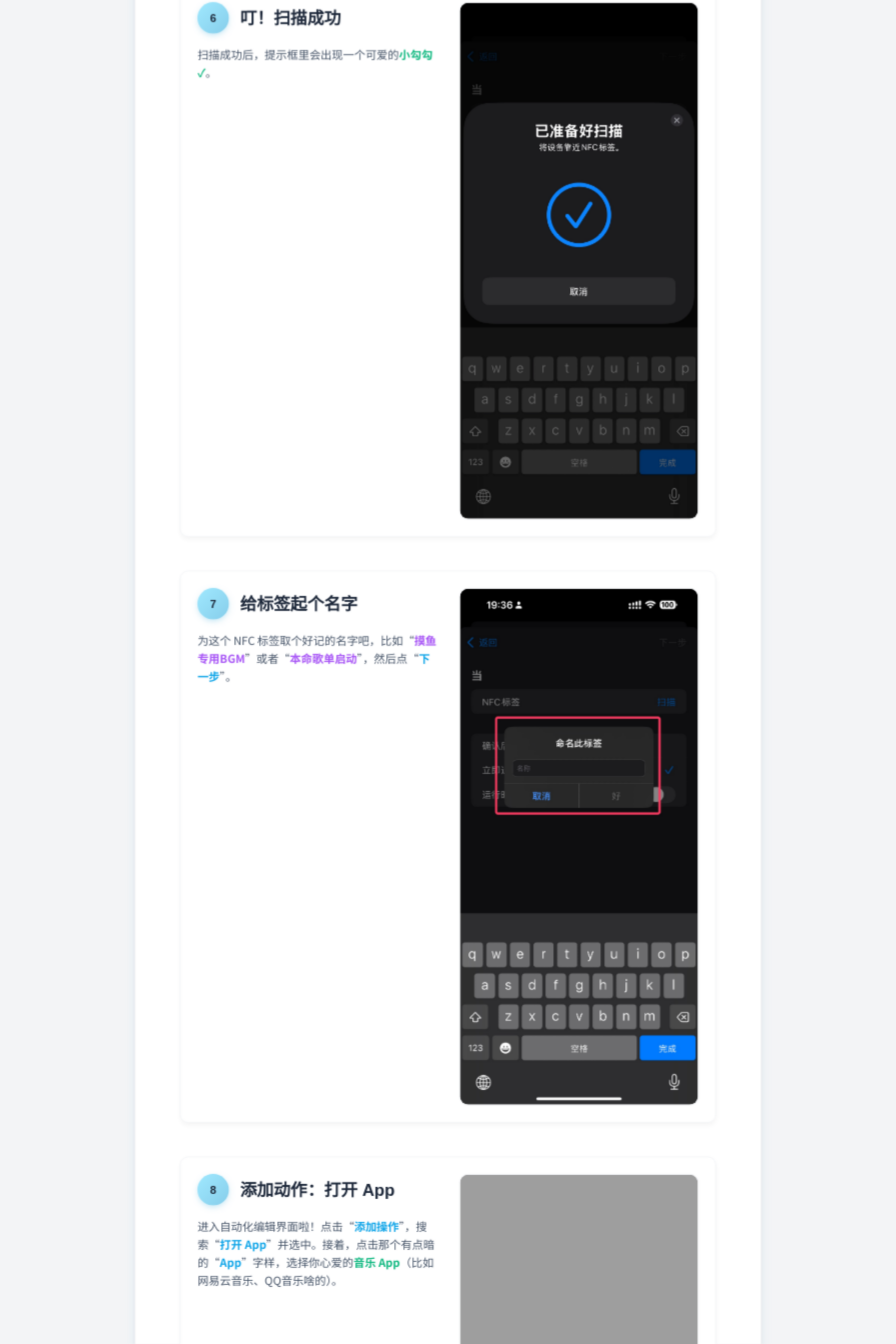
Repository: jememouse/nfc-music-card
Page: 苹果-NFC音乐小卡.html
These files come from the project's save history. The page is drawn as it stood at one moment and after the next save; the edit follows.
The browser window is 1280 px wide. The pictures show the part of the page from y = 4580 to 6500 px (the page is 8575 px tall before and 8707 px after), at 70% of full size.
Pictures or frames that could not be fetched are drawn as grey boxes. Some web fonts or font styles are not loaded; a fallback is used. Some web libraries are served in a nearby version.

Above is the page before, as saved 2025-04-29 18:40:21.

### 苹果-NFC音乐小卡.html
<!DOCTYPE html>
<html lang="zh-CN">
<head>
    <meta charset="UTF-8">
    <meta name="viewport" content="width=device-width, initial-scale=1.0">
    <title>音乐小卡教程 (苹果版) - 轻松创建 NFC 音乐快捷方式</title>
    <script src="https://cdn.tailwindcss.com"></script>
    <link rel="preconnect" href="https://fonts.googleapis.com">
    <link rel="preconnect" href="https://fonts.gstatic.com" crossorigin>
    <link href="https://fonts.googleapis.com/css2?family=Noto+Sans+SC:wght@400;500&family=Rounded+Mplus+1c:wght@700&display=swap" rel="stylesheet">
    <style>
        body {
            background-color: #F5F5F7;
            font-family: 'Noto Sans SC', sans-serif;
            color: #334155;
            -webkit-font-smoothing: antialiased;
            -moz-osx-font-smoothing: grayscale;
            overflow-x: hidden;
        }
        h1, h2, h3, h4, h5, h6 {
            font-family: 'Rounded Mplus 1c', sans-serif;
            color: #1E293B;
        }

        @keyframes fadeInScaleUp {
            from { opacity: 0; transform: scale(0.98); }
            to { opacity: 1; transform: scale(1); }
        }
        @keyframes fadeInUp {
            from { opacity: 0; transform: translateY(25px); }
            to { opacity: 1; transform: translateY(0); }
        }
        @keyframes subtleRotate {
            from { transform: rotate(0deg); }
            to { transform: rotate(360deg); }
        }
        @keyframes subtlePulse {
            0%, 100% { opacity: 0.7; transform: scale(1); } /* Increased base opacity */
            50% { opacity: 1.0; transform: scale(1.08); } /* Increased pulse effect */
        }
        @keyframes ripple {
          to {
            transform: scale(4);
            opacity: 0;
          }
        }

        .container-card {
            background-color: #FFFFFF;
            border-radius: 1rem;
            box-shadow: 0 6px 16px rgba(135, 206, 235, 0.15), 0 2px 6px rgba(0, 0, 0, 0.05);
            border: 1px solid #e5e7eb;
            animation: fadeInScaleUp 0.6s cubic-bezier(0.25, 0.46, 0.45, 0.94) forwards;
            position: relative;
            overflow: hidden;
        }

        .container-card::before,
        .container-card::after {
            content: '';
            position: absolute;
            border-radius: 50%;
            z-index: 0;
            pointer-events: none;
        }
        .container-card::before {
            width: 200px; /* Increased size */
            height: 200px; /* Increased size */
            /* Adjusted gradient for more visibility */
            background: radial-gradient(circle, rgba(135, 206, 235, 0.3) 0%, rgba(135, 206, 235, 0) 65%);
            top: -70px; /* Adjusted position */
            left: -70px; /* Adjusted position */
            animation: subtleRotate 25s linear infinite; /* Slightly slower rotation */
        }
        .container-card::after {
            width: 150px; /* Increased size */
            height: 150px; /* Increased size */
             /* Adjusted gradient for more visibility */
            background: radial-gradient(circle, rgba(255, 182, 193, 0.3) 0%, rgba(255, 182, 193, 0) 65%);
            bottom: -50px; /* Adjusted position */
            right: -50px; /* Adjusted position */
            animation: subtlePulse 4.5s ease-in-out infinite; /* Slightly faster pulse */
        }


        .step-number {
            background-image: linear-gradient(135deg, #a0e9ff 0%, #87CEEB 100%);
            color: #1E293B;
            border-radius: 50%;
            width: 2.8rem;
            height: 2.8rem;
            display: inline-flex;
            align-items: center;
            justify-content: center;
            font-weight: 700;
            font-family: 'Rounded Mplus 1c', sans-serif;
            margin-right: 1rem;
            flex-shrink: 0;
            box-shadow: 0 3px 8px rgba(135, 206, 235, 0.4);
            z-index: 1;
        }

        .step-card {
            background-color: #FFFFFF;
            border-radius: 0.75rem;
            border: 1px solid #f3f4f6;
            box-shadow: 0 4px 8px rgba(0, 0, 0, 0.04);
            opacity: 0;
            animation: fadeInUp 0.55s cubic-bezier(0.25, 0.46, 0.45, 0.94) forwards;
            position: relative;
            overflow: hidden;
            z-index: 1;
            cursor: pointer;
            -webkit-tap-highlight-color: transparent;
        }
        .step-card:nth-child(1) { animation-delay: 0.1s; }
        .step-card:nth-child(2) { animation-delay: 0.15s; }
        .step-card:nth-child(3) { animation-delay: 0.2s; }
        .step-card:nth-child(4) { animation-delay: 0.25s; }
        .step-card:nth-child(5) { animation-delay: 0.3s; }
        .step-card:nth-child(6) { animation-delay: 0.35s; }
        .step-card:nth-child(7) { animation-delay: 0.4s; }
        .step-card:nth-child(8) { animation-delay: 0.45s; }
        .step-card:nth-child(9) { animation-delay: 0.5s; }
        .step-card:nth-child(10) { animation-delay: 0.55s; }

        .ripple {
          position: absolute;
          border-radius: 50%;
          transform: scale(0);
          animation: ripple 0.6s linear;
          background-color: rgba(135, 206, 235, 0.4);
          pointer-events: none;
        }

        .instruction-image-container {
            width: 100%;
            overflow: hidden;
            border-radius: 0.75rem;
            background-color: #f9fafb;
            border: 1px solid #f3f4f6;
            display: flex;
            align-items: center;
            justify-content: center;
            box-shadow: inset 0 1px 3px rgba(0,0,0,0.03);
             z-index: 1;
        }

        .instruction-image {
            display: block;
            width: 100%;
            max-width: 100%;
            height: auto;
            object-fit: contain;
            color: #9ca3af;
            border-radius: 0.75rem;
        }

        .step-header {
            display: flex;
            align-items: center;
            margin-bottom: 1rem;
             z-index: 1;
        }
        .instruction {
             z-index: 1;
             position: relative;
        }

        strong.accent-blue { color: #0ea5e9; }
        strong.accent-orange { color: #f97316; }
        strong.accent-pink { color: #ec4899; }
        strong.accent-green { color: #10b981; }
        strong.accent-purple { color: #a855f7; }

        .alert-box {
            border-left-width: 4px;
            padding: 1rem 1.5rem;
            border-radius: 0.75rem;
            box-shadow: 0 2px 6px rgba(0,0,0,0.05);
            margin-bottom: 2rem;
            opacity: 0;
            animation: fadeInUp 0.5s cubic-bezier(0.25, 0.46, 0.45, 0.94) 0.1s forwards;
            position: relative;
            z-index: 1;
        }
        .alert-yellow {
            background-color: #fffbeb;
            border-color: #f59e0b;
            color: #b45309;
        }
        .alert-green {
            background-color: #f0fdf4;
            border-color: #22c55e;
            color: #15803d;
        }
        .alert-box p:first-child {
             font-weight: 500;
        }
    </style>
</head>
<body class="bg-gray-100">

    <div class="container-card mx-auto max-w-4xl p-6 sm:p-10 md:p-16 my-10 sm:my-16">
        <h1 class="text-3xl sm:text-4xl font-bold text-center text-sky-600 mb-3 relative z-10">
            NFC 音乐小卡片制作教程 ✨ (iOS)
        </h1>
        <p class="text-center text-slate-500 mb-12 text-lg relative z-10">轻松 Get 触碰即播的魔法~</p>

        <div class="alert-box alert-yellow" role="alert">
            <p>⚠️ 操作须知：</p>
            <p class="mt-1">开始前，请先在 iPhone 上打开音乐 App 随便放首歌 (暂停也没关系)，让它在后台准备好哦！</p>
        </div>

        <div class="space-y-12 relative z-10">

            <div class="step-card p-6 md:flex md:items-start md:space-x-8">
                <div class="md:w-1/2">
                    <div class="step-header">
                        <span class="step-number">1</span>
                        <h2 class="text-2xl font-bold">召唤“快捷指令”</h2>
                    </div>
                    <p class="instruction text-slate-600 leading-relaxed text-base">
                        在 iPhone 主屏幕向下滑动，呼出<strong class="accent-blue">搜索框</strong>，输入“<strong class="accent-blue">快捷指令</strong>”找到并点开它！
                    </p>
                </div>
                <div class="md:w-1/2 mt-5 md:mt-0 instruction-image-container">
                    <img src="images/IMG_4602.jpeg"
                         onerror="this.onerror=null; this.parentElement.innerHTML = '<div class=\'flex items-center justify-center h-full text-slate-400 text-sm p-4 text-center\'>[插图加载失败 T_T] <br> 示意：搜索快捷指令</div>'; this.parentElement.style.border='1px dashed #cbd5e1'; this.parentElement.style.minHeight='200px';"
                         alt="[插图示意：iOS 搜索界面，搜索并高亮显示快捷指令 App]"
                         class="instruction-image">
                </div>
            </div>

            <div class="step-card p-6 md:flex md:items-start md:space-x-8">
                <div class="md:w-1/2">
                    <div class="step-header">
                        <span class="step-number">2</span>
                        <h2 class="text-2xl font-bold">开启“自动化”之旅</h2>
                    </div>
                    <p class="instruction text-slate-600 leading-relaxed text-base">
                        进入 App 后，点击屏幕下方的“<strong class="accent-blue">自动化</strong>”标签，然后勇敢地戳右上角的“<strong class="accent-blue">+</strong>”号。
                    </p>
                </div>
                 <div class="md:w-1/2 mt-5 md:mt-0 instruction-image-container">
                     <img src="images/IMG_4603.jpeg"
                          onerror="this.onerror=null; this.parentElement.innerHTML = '<div class=\'flex items-center justify-center h-full text-slate-400 text-sm p-4 text-center\'>[插图加载失败 T_T] <br> 示意：点击自动化和加号</div>'; this.parentElement.style.border='1px dashed #cbd5e1'; this.parentElement.style.minHeight='200px';"
                          alt="小E产品详情页图片"
                          class="instruction-image">
                </div>
            </div>

             <div class="step-card p-6 md:flex md:items-start md:space-x-8">
                <div class="md:w-1/2">
                    <div class="step-header">
                        <span class="step-number">3</span>
                        <h2 class="text-2xl font-bold">选择 NFC 魔法</h2>
                    </div>
                    <p class="instruction text-slate-600 leading-relaxed text-base">
                        在“新自动化”列表里，向下翻呀翻，找到那个酷酷的“<strong class="accent-blue">NFC</strong>”选项，点它！
                    </p>
                </div>
                 <div class="md:w-1/2 mt-5 md:mt-0 instruction-image-container">
                     <img src="images/IMG_4604.jpeg"
                          onerror="this.onerror=null; this.parentElement.innerHTML = '<div class=\'flex items-center justify-center h-full text-slate-400 text-sm p-4 text-center\'>[插图加载失败 T_T] <br> 示意：选择 NFC 触发器</div>'; this.parentElement.style.border='1px dashed #cbd5e1'; this.parentElement.style.minHeight='200px';"
                          alt="[插图示意：新自动化设置界面，高亮 NFC 选项]"
                          class="instruction-image">
                </div>
            </div>

             <div class="step-card p-6 md:flex md:items-start md:space-x-8">
                <div class="md:w-1/2">
                    <div class="step-header">
                        <span class="step-number">4</span>
                        <h2 class="text-2xl font-bold">配置 & 扫描标签</h2>
                    </div>
                    <p class="instruction text-slate-600 leading-relaxed text-base">
                        先点击“NFC 标签”下面的“<strong class="accent-blue">扫描</strong>”按钮。然后，在“运行时”那里，一定要选“<strong class="accent-blue">立即运行</strong>”哦，这样碰一下就直接响应，不用再点确认啦！
                    </p>
                </div>
                 <div class="md:w-1/2 mt-5 md:mt-0 instruction-image-container">
                     <img src="images/IMG_4605.jpeg"
                          onerror="this.onerror=null; this.parentElement.innerHTML = '<div class=\'flex items-center justify-center h-full text-slate-400 text-sm p-4 text-center\'>[插图加载失败 T_T] <br> 示意：点击扫描并选择立即运行</div>'; this.parentElement.style.border='1px dashed #cbd5e1'; this.parentElement.style.minHeight='200px';"
                          alt="[插图示意：NFC 触发设置界面，高亮扫描按钮和立即运行选项]"
                          class="instruction-image">
                </div>
            </div>

             <div class="step-card p-6 md:flex md:items-start md:space-x-8">
                <div class="md:w-1/2">
                    <div class="step-header">
                        <span class="step-number">5</span>
                        <h2 class="text-2xl font-bold">靠近！NFC 感应</h2>
                    </div>
                    <p class="instruction text-slate-600 leading-relaxed text-base">
                        手机会弹出“扫描 NFC 标签”的提示。现在，把你的 <strong class="accent-orange">NFC 卡片或贴纸</strong> 温柔地靠近 iPhone <strong class="accent-orange">手机顶部（摄像头附近）</strong>的感应区。
                    </p>
                </div>
                 <div class="md:w-1/2 mt-5 md:mt-0 instruction-image-container">
                     <img src="images/IMG_4607.jpeg"
                          onerror="this.onerror=null; this.parentElement.innerHTML = '<div class=\'flex items-center justify-center h-full text-slate-400 text-sm p-4 text-center\'>[插图加载失败 T_T] <br> 示意：准备扫描 NFC 弹窗</div>'; this.parentElement.style.border='1px dashed #cbd5e1'; this.parentElement.style.minHeight='200px';"
                          alt="[插图示意：显示“扫描NFC标签”弹窗，提示已准备好扫描]"
                          class="instruction-image">
                </div>
            </div>

             <div class="step-card p-6 md:flex md:items-start md:space-x-8">
                <div class="md:w-1/2">
                    <div class="step-header">
                        <span class="step-number">6</span>
                        <h2 class="text-2xl font-bold">叮！扫描成功</h2>
                    </div>
                    <p class="instruction text-slate-600 leading-relaxed text-base">
                        扫描成功后，提示框里会出现一个可爱的<strong class="accent-green">小勾勾 ✓</strong>。
                    </p>
                </div>
                 <div class="md:w-1/2 mt-5 md:mt-0 instruction-image-container">
                     <img src="images/IMG_4609.webp"
                          onerror="this.onerror=null; this.parentElement.innerHTML = '<div class=\'flex items-center justify-center h-full text-slate-400 text-sm p-4 text-center\'>[插图加载失败 T_T] <br> 示意：NFC 扫描成功</div>'; this.parentElement.style.border='1px dashed #cbd5e1'; this.parentElement.style.minHeight='200px';"
                          alt="[插图示意：显示“扫描NFC标签”弹窗，内容变为打勾图标]"
                          class="instruction-image">
                </div>
            </div>

             <div class="step-card p-6 md:flex md:items-start md:space-x-8">
                <div class="md:w-1/2">
                    <div class="step-header">
                        <span class="step-number">7</span>
                        <h2 class="text-2xl font-bold">给标签起个名字</h2>
                    </div>
                    <p class="instruction text-slate-600 leading-relaxed text-base">
                        为这个 NFC 标签取个好记的名字吧，比如“<strong class="accent-purple">摸鱼专用BGM</strong>”或者“<strong class="accent-purple">本命歌单启动</strong>”，然后点“<strong class="accent-blue">下一步</strong>”。
                    </p>
                </div>
                 <div class="md:w-1/2 mt-5 md:mt-0 instruction-image-container">
                     <img src="images/IMG_4610.jpeg"
                          onerror="this.onerror=null; this.parentElement.innerHTML = '<div class=\'flex items-center justify-center h-full text-slate-400 text-sm p-4 text-center\'>[插图加载失败 T_T] <br> 示意：命名 NFC 标签</div>'; this.parentElement.style.border='1px dashed #cbd5e1'; this.parentElement.style.minHeight='200px';"
                          alt="[插图示意：显示“命名此标签”弹窗，高亮下一步按钮]"
                          class="instruction-image">
                </div>
            </div>

             <div class="step-card p-6 md:flex md:items-start md:space-x-8">
                 <div class="md:w-1/2">
                    <div class="step-header">
                        <span class="step-number">8</span>
                        <h2 class="text-2xl font-bold">添加动作：打开 App</h2>
                    </div>
                    <p class="instruction text-slate-600 leading-relaxed text-base">
                        进入自动化编辑界面啦！点击“<strong class="accent-blue">添加操作</strong>”，搜索“<strong class="accent-blue">打开 App</strong>”并选中。接着，点击那个有点暗的“<strong class="accent-blue">App</strong>”字样，选择你心爱的<strong class="accent-green">音乐 App</strong>（比如网易云音乐、QQ音乐啥的）。
                    </p>
                 </div>
                 <div class="md:w-1/2 mt-5 md:mt-0 instruction-image-container">
                     <img src="https://picsum.photos/seed/step8/450/800"
                          onerror="this.onerror=null; this.parentElement.innerHTML = '<div class=\'flex items-center justify-center h-full text-slate-400 text-sm p-4 text-center\'>[插图加载失败 T_T] <br> 示意：添加打开 App 操作</div>'; this.parentElement.style.border='1px dashed #cbd5e1'; this.parentElement.style.minHeight='200px';"
                          alt="[插图示意：自动化编辑界面，显示已添加的“打开 [音乐App]”操作]"
                          class="instruction-image">
                 </div>
            </div>

             <div class="step-card p-6 md:flex md:items-start md:space-x-8">
                 <div class="md:w-1/2">
                    <div class="step-header">
                        <span class="step-number">9</span>
                        <h2 class="text-2xl font-bold">添加动作：播放音乐</h2>
                    </div>
                    <p class="instruction text-slate-600 leading-relaxed text-base">
                        在刚才“打开 App”的下面，找到蓝色的“<strong class="accent-blue">搜索 App 和操作</strong>”框，输入“<strong class="accent-blue">播放音乐</strong>”并添加这个动作。
                    </p>
                 </div>
                 <div class="md:w-1/2 mt-5 md:mt-0 instruction-image-container">
                     <img src="https://picsum.photos/seed/step9/450/800"
                          onerror="this.onerror=null; this.parentElement.innerHTML = '<div class=\'flex items-center justify-center h-full text-slate-400 text-sm p-4 text-center\'>[插图加载失败 T_T] <br> 示意：添加播放音乐操作</div>'; this.parentElement.style.border='1px dashed #cbd5e1'; this.parentElement.style.minHeight='200px';"
                          alt="[插图示意：自动化脚本编辑界面，在“打开 App”下方添加了“播放音乐”操作]"
                          class="instruction-image">
                 </div>
            </div>

             <div class="step-card p-6 md:flex md:items-start md:space-x-8">
                 <div class="md:w-1/2">
                    <div class="step-header">
                        <span class="step-number">10</span>
                        <h2 class="text-2xl font-bold">指定灵魂 BGM</h2>
                    </div>
                    <p class="instruction text-slate-600 leading-relaxed text-base">
                        关键一步！点击“播放音乐”动作里那个暗暗的“<strong class="accent-blue">音乐</strong>”字样，从你的音乐库里，选中你希望<strong class="accent-pink">一碰 NFC 就播放</strong>的那首<strong class="accent-pink">神曲</strong>！选好后，别忘了点右上角的“<strong class="accent-blue">完成</strong>”。
                    </p>
                 </div>
                 <div class="md:w-1/2 mt-5 md:mt-0 instruction-image-container">
                     <img src="https://picsum.photos/seed/step10/450/800"
                          onerror="this.onerror=null; this.parentElement.innerHTML = '<div class=\'flex items-center justify-center h-full text-slate-400 text-sm p-4 text-center\'>[插图加载失败 T_T] <br> 示意：选择歌曲</div>'; this.parentElement.style.border='1px dashed #cbd5e1'; this.parentElement.style.minHeight='200px';"
                          alt="[插图示意：音乐选择界面，选择歌曲后，“播放音乐”操作显示歌曲名，并点击完成]"
                          class="instruction-image">
                 </div>
            </div>

            <div class="text-center mt-16 alert-box alert-green">
                <p class="text-2xl font-bold mb-2">🎉 魔法设置成功！ 🎉</p>
                <p class="text-lg text-green-800">快拿起你的 NFC 小卡片，靠近 iPhone 顶部试试效果吧！让音乐随触即发~ 🎶</p>
            </div>

        </div>
    </div>

    <script>
      document.addEventListener('click', function (e) {
        const card = e.target.closest('.step-card');
        if (!card) return;

        const oldRipple = card.querySelector('.ripple');
        if (oldRipple) {
          oldRipple.remove();
        }

        const rect = card.getBoundingClientRect();
        const size = Math.max(rect.width, rect.height);
        const ripple = document.createElement('span');
        const x = e.clientX - rect.left - size / 2;
        const y = e.clientY - rect.top - size / 2;

        ripple.style.width = ripple.style.height = `${size}px`;
        ripple.style.left = `${x}px`;
        ripple.style.top = `${y}px`;
        ripple.classList.add('ripple');

        card.appendChild(ripple);

        ripple.addEventListener('animationend', () => {
          ripple.remove();
        });
      });
    </script>

</body>
</html>

After the next save:
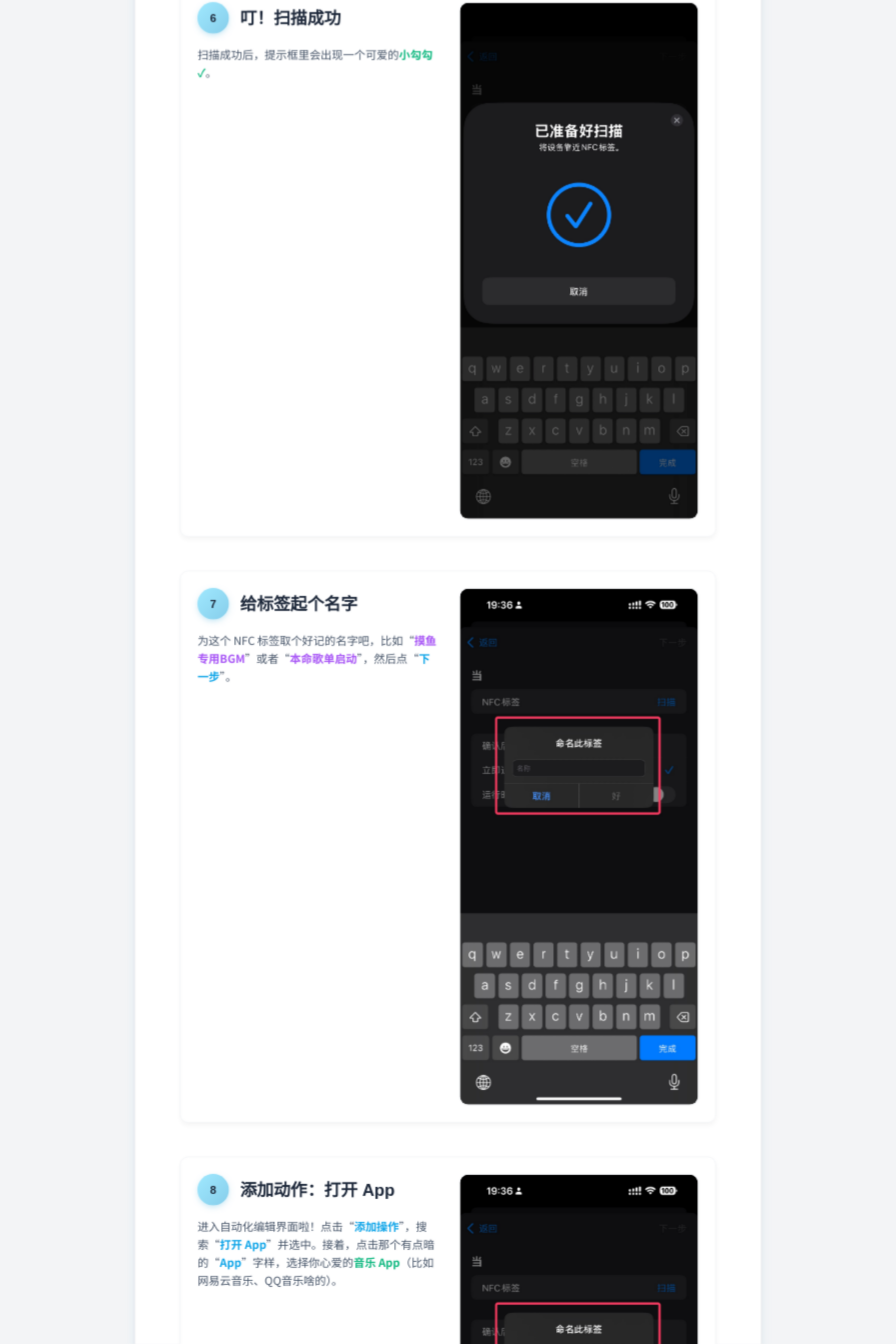
Saved 9 min 52 s later.
--- a/苹果-NFC音乐小卡.html
+++ b/苹果-NFC音乐小卡.html
@@ -351,7 +351,7 @@
                     </p>
                  </div>
                  <div class="md:w-1/2 mt-5 md:mt-0 instruction-image-container">
-                     <img src="https://picsum.photos/seed/step8/450/800"
+                     <img src="images/IMG_4610.jpeg"
                           onerror="this.onerror=null; this.parentElement.innerHTML = '<div class=\'flex items-center justify-center h-full text-slate-400 text-sm p-4 text-center\'>[插图加载失败 T_T] <br> 示意：添加打开 App 操作</div>'; this.parentElement.style.border='1px dashed #cbd5e1'; this.parentElement.style.minHeight='200px';"
                           alt="[插图示意：自动化编辑界面，显示已添加的“打开 [音乐App]”操作]"
                           class="instruction-image">
